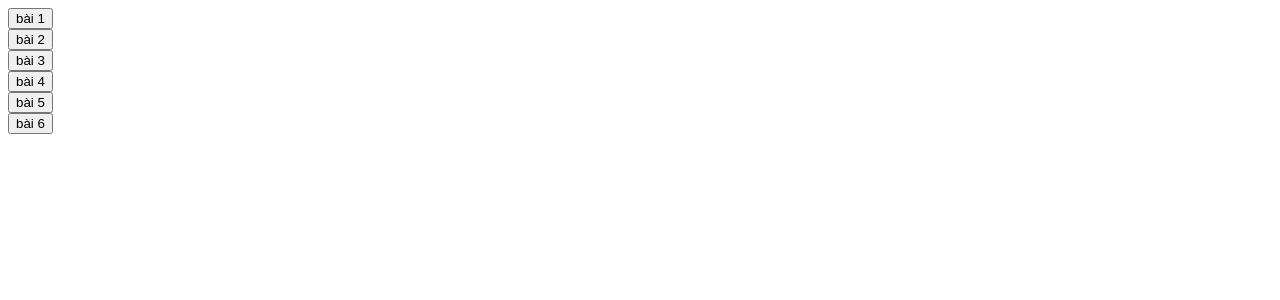
Repository: thanhp6868/ltWeb
Page: 1110/ve nha/bai1.html
These files come from the project's save history. The page is drawn as it stood at one moment and after the next save; the edit follows.
The browser window is 1280 px wide. The pictures show the whole page.

Above is the page before, as saved 2023-10-18 09:46:20.

### 1110/ve nha/bai1.html
<!DOCTYPE html>
<html lang="en">
<head>
    <meta charset="UTF-8">
    <meta name="viewport" content="width=device-width, initial-scale=1.0">
    <title>Document</title>
    <script src="bai1.js"></script>
</head>
<body>
    <form action="">
        <input type="button" value="bài 1" onclick="bai1()">
    </form>
    <form action="">
        <input type="button" value="bài 2" onclick="bai2()">
    </form>
    <form action="">
        <input type="button" value="bài 3" onclick="bai3()">
    </form>
    <form action="">
        <input type="button" value="bài 4" onclick="bai4()">
    </form>
    <form action="">
        <input type="button" value="bài 5" onclick="bai5()">
    </form>
    <form action="">
        <input type="button" value="bài 6" onclick="bai6()">
    </form>
</body>
</html>

### 1110/ve nha/bai1.js
function bai1(){
    var s=0;
    for(var i = 1;i<=200;i++){
        s+=i;
    }
    document.write("Tổng các số từ 1 đến 200 là: "+s);
}
function bai2(){
    var s=1;
    for(var i = 1;i<=300;i+2){
        s*=i;
    }
    document.write("Tích các số lẻ từ 1 đến 300 là: "+s);
}
function bai3(){
    var n = prompt("Nhập vào 1 số: ");
    if(n<2){
        document.write(n+" không là số nguyên tố");
        return;
    }
    else if(n<4){
        document.write(n+" là số nguyên tố");
        return;
    }
    else for(var i=2;i<Math.sqrt(n);i++){
        if(n%i==0){
            document.write(n+" không là số nguyên tố");
            return;
        }
    }
    document.write(n+" là số nguyên tố");
}
function bai4(){
    var x = prompt("Nhập vào x: ");
    var n = prompt("Nhập vào n: ");
    var s=x;
    for(var i=1;i<n;i++){
        s*=x;
    }
    document.write("x^n = "+s);
}
function bai5(){
    var s = "";
    while(s==""){
        var s = prompt("Nhập vào tên của bạn: ");
    }
}
function bai6(){
    document.write("Các năm nhuận từ 1699-2008 là: ");
    for(var i=1699;i<=2008;i++){
        if(i%400==0){
            document.write(i);
        }
        else if(i%100!=0 && i%4==0){
            document.write(i);
        }
    }
}

After the next save:
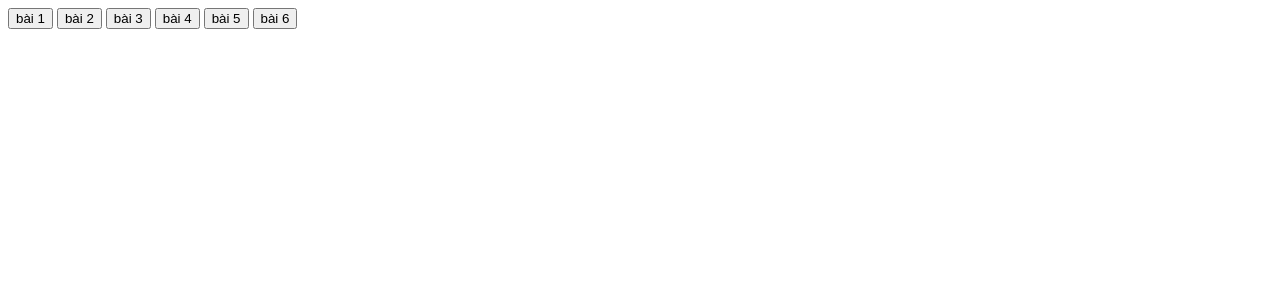
Saved 2 min 38 s later.
--- a/1110/ve nha/bai1.html
+++ b/1110/ve nha/bai1.html
@@ -9,20 +9,10 @@
 <body>
     <form action="">
         <input type="button" value="bài 1" onclick="bai1()">
-    </form>
-    <form action="">
         <input type="button" value="bài 2" onclick="bai2()">
-    </form>
-    <form action="">
         <input type="button" value="bài 3" onclick="bai3()">
-    </form>
-    <form action="">
         <input type="button" value="bài 4" onclick="bai4()">
-    </form>
-    <form action="">
         <input type="button" value="bài 5" onclick="bai5()">
-    </form>
-    <form action="">
         <input type="button" value="bài 6" onclick="bai6()">
     </form>
 </body>
